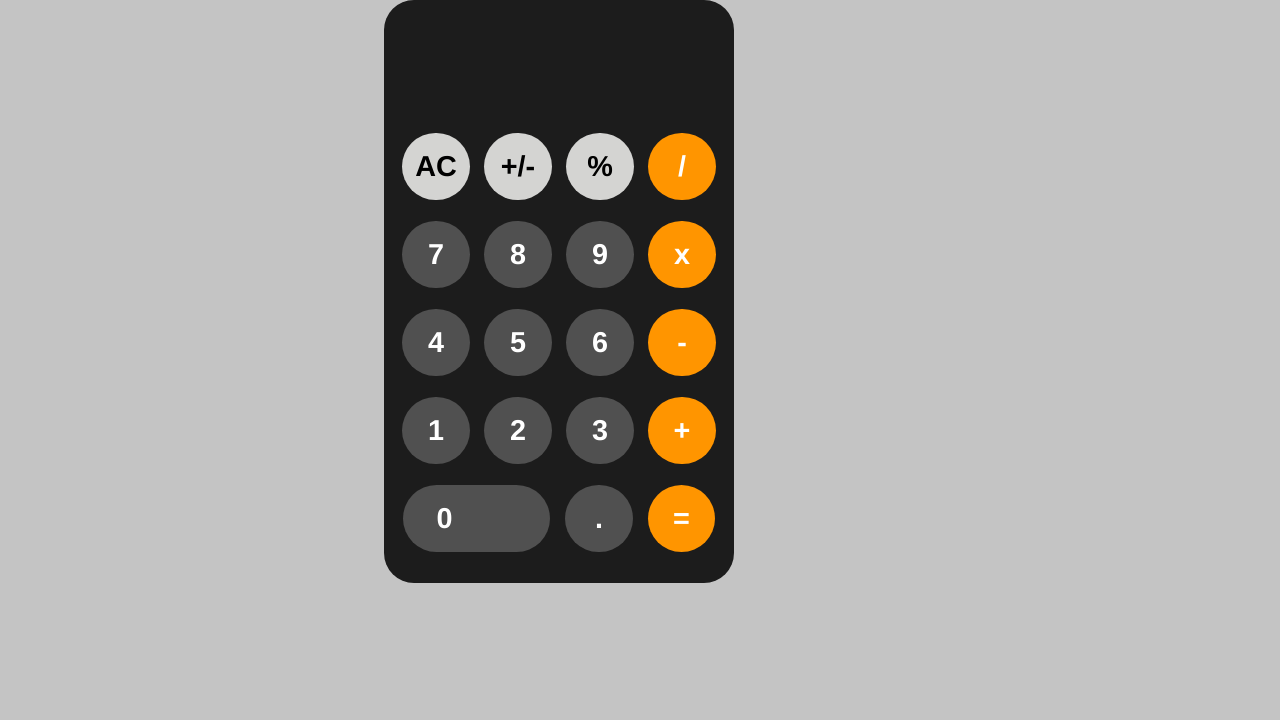
Repository: raulpenate/Calculadora-VUE3
Page: /
These files come from the project's save history. The page is drawn as it stood at one moment and after a run of saves; the edit follows.
The browser window is 1280 px wide. The pictures show the whole page.
The project was rebuilt for these pictures with package versions that can differ from the ones it lists, and the page was loaded fresh each time.

Above is the page before, as saved 2022-03-12 07:33:48.

After the next 3 saves:
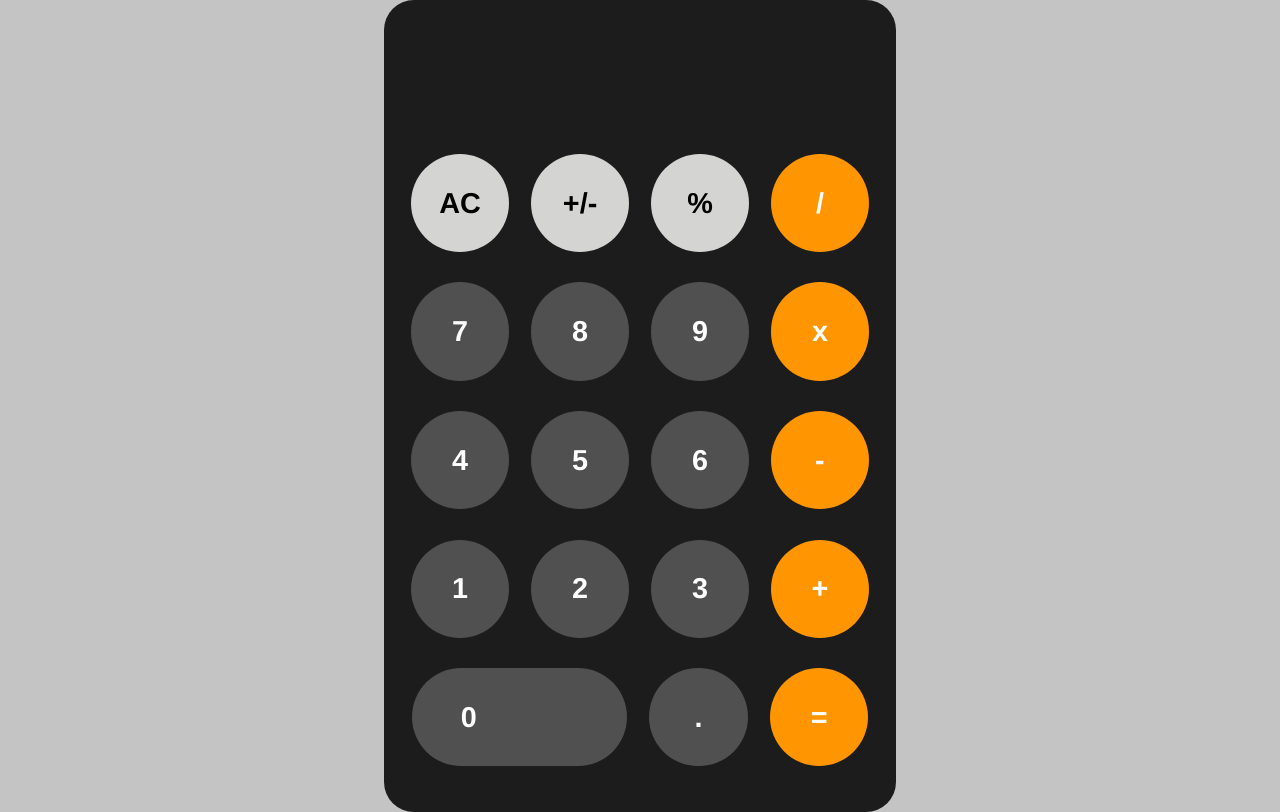
The 3 saves are shown as one change because they came seconds apart.
The last was saved 67 s later.
--- a/src/components/Calculator.vue
+++ b/src/components/Calculator.vue
@@ -131,7 +131,6 @@
   flex-flow: wrap;
   justify-content: space-between;
   border-radius: 30px;
-  max-width: 350px;
 }
 
 /* PANTALLA */

After the save that followed:
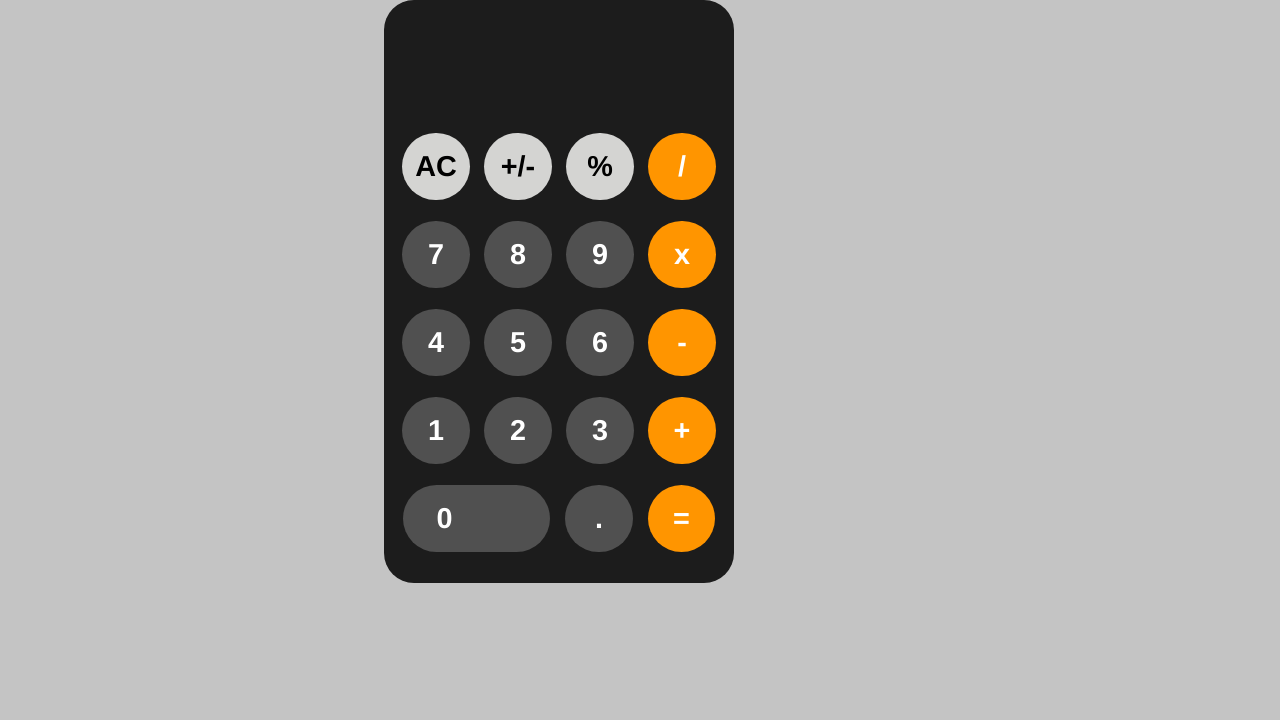
Saved 13 s later.
--- a/src/components/Calculator.vue
+++ b/src/components/Calculator.vue
@@ -131,6 +131,7 @@
   flex-flow: wrap;
   justify-content: space-between;
   border-radius: 30px;
+  max-width: 350px;
 }
 
 /* PANTALLA */
